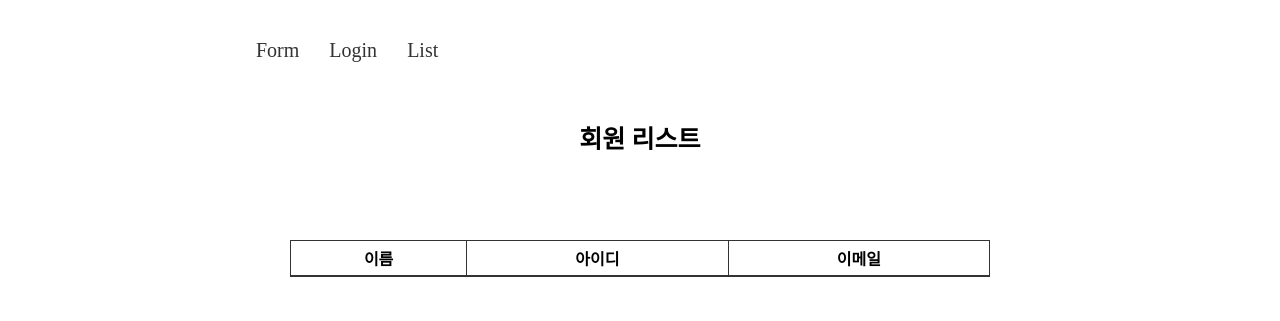
Repository: zeroj-0/eclipseProjects
Page: http://localhost/jv301/mod010/user_list.do
These files come from the project's save history. The page is drawn as it stood at one moment and after the next save; the edit follows.
The browser window is 1280 px wide. The pictures show the whole page.
The page is served by Tomcat 9. Other server files are loaded and not shown. Queries for data that is not in the repository find no rows.

Above is the page before, as saved 2022-07-07 06:53:13.

### jv301/src/main/webapp/mod010/user_list.jsp
<%@ page language="java" contentType="text/html; charset=UTF-8" pageEncoding="UTF-8"%>
<%@ taglib prefix="c" uri="http://java.sun.com/jsp/jstl/core" %>
<!DOCTYPE html>
<html>
<head>
<meta charset="UTF-8">
<title>Insert title here</title>
<link rel="stylesheet" href="./fixmethod.css">
<link rel="stylesheet" href="./style.css">
<style>
	table {
		border: 1px solid #333;
		width: 100%;
		margin: 0 auto;
		border-collapse: collapse;
	}
	table tr {
		height: 35px;
	}
	table td {
		border: 1px solid #333;
		width: 100px;
		text-align: center;
	}
	table th {
		border: 1px solid #333;
		border-bottom: 2px solid #333;
	}
</style>
</head>
<body>
<div id="wrapper">
	<div id="header">
		<%@ include file="/incl/menu.jsp" %>
	</div>
<h3 class="title">회원 리스트</h3>
	<div class="container">
				<table>
					<tr>
						<th>이름</th><th>아이디</th><th>이메일</th>
					</tr>
					<c:forEach var="user" items="${user}">
						<tr>
							<td>
								${user.getUserName()}
							</td>
							<td>
								${user.getUserId()}
							</td>
							<td>
								${user.getEmail()}
							</td>
						</tr>
					</c:forEach>
				</table>
	</div>
</div>
</body>
</html>

### jv301/src/main/webapp/incl/menu.jsp
<%@ page language="java" contentType="text/html; charset=UTF-8"  pageEncoding="UTF-8"%>

<div class="gnb">
	<ul>
		<li><a href="add_user.jsp">Form</a></li>
		<li><a href="login">Login</a></li>
		<li><a href="user_list.do">List</a></li>
	</ul>
</div>

### jv301/src/main/java/com/varxyz/jv301/mod010/UserListServlet.java
package com.varxyz.jv301.mod010;

import java.io.IOException;
import java.util.List;

import javax.servlet.RequestDispatcher;
import javax.servlet.ServletException;
import javax.servlet.annotation.WebServlet;
import javax.servlet.http.HttpServlet;
import javax.servlet.http.HttpServletRequest;
import javax.servlet.http.HttpServletResponse;

@WebServlet("/mod010/user_list.do")
public class UserListServlet extends HttpServlet {
	private UserService userService;
	private static final long serialVersionUID = 1L;

	protected void doGet(HttpServletRequest request, HttpServletResponse response) throws ServletException, IOException {
		userService = UserService.getInstance();
		List<User> userList = userService.getAllUsers();
		request.setAttribute("user", userList);

		RequestDispatcher dispatcher = null;
		dispatcher = request.getRequestDispatcher("user_list.jsp");
		dispatcher.forward(request, response);
	}

	protected void doPost(HttpServletRequest request, HttpServletResponse response) throws ServletException, IOException {
		request.setCharacterEncoding("utf-8");

		String userId = request.getParameter("userId");

		request.setAttribute("userId", userId);

		RequestDispatcher dispatcher = null;
		dispatcher = request.getRequestDispatcher("update.jsp");
		dispatcher.forward(request, response);
	}

}

### jv301/src/main/java/com/varxyz/jv301/mod010/UserDao.java
package com.varxyz.jv301.mod010;

import java.sql.Connection;
import java.sql.PreparedStatement;
import java.sql.ResultSet;
import java.sql.SQLException;
import java.util.ArrayList;
import java.util.List;

public class UserDao {
	DataSource dataSource = null;

	public UserDao() {
		NamingService namingService = NamingService.getInstance();
		dataSource = (DataSource)namingService.getAttribute("dataSource");
	}

	public List<User> findAllUsers() {
		String sql = "SELECT * FROM User";
		List<User> userList = new ArrayList<User>();
		try {
			Connection con = null;
			PreparedStatement pstmt = null;
			ResultSet rs = null;
			try {
				con = dataSource.getConnection();
				pstmt = con.prepareStatement(sql);
				rs = pstmt.executeQuery();

				while(rs.next()) {
					User user = new User();
					user.setUserId(rs.getString("id"));
					user.setUserName(rs.getString("name"));
					user.setEmail(rs.getString("email"));
					user.setAddr(rs.getString("addr"));

					userList.add(user);
				}
			} finally {
				dataSource.close(rs, pstmt, con);
			}
		} catch (SQLException e) {
			e.printStackTrace();
		}
		return userList;
	}

	public void addUser(User user) {
		String sql = "INSERT INTO User(id,passwd,name,email,addr,ssn) VALUES (?,?,?,?,?,?)";
		try {
			Connection con = null;
			PreparedStatement pstmt = null;

			con = dataSource.getConnection();
			pstmt = con.prepareStatement(sql);

			pstmt.setString(1, user.getUserId());
			pstmt.setString(2, user.getPasswd());
			pstmt.setString(3, user.getUserName());
			pstmt.setString(4, user.getEmail());
			pstmt.setString(5, user.getAddr());
			pstmt.setString(6, user.getSsn());

			pstmt.executeUpdate();
			dataSource.close(pstmt, con);
		} catch (Exception e) {
			e.printStackTrace();
		}
	}
	public String findUserId(String userId) {
		String sql = "SELECT id FROM User WHERE id=?";
		String id = null;
		try {
			Connection con = null;
			PreparedStatement pstmt = null;
			ResultSet rs = null;
			try {
				con = dataSource.getConnection();
				pstmt = con.prepareStatement(sql);
				pstmt.setString(1, userId);

				rs = pstmt.executeQuery();

				if(rs.next()) {
					id= rs.getString("id");
				}

			} finally {
				dataSource.close(rs,pstmt, con);
			}
		} catch(Exception e) {
			e.printStackTrace();
		}
		if(id==null) {
			id="";
		}
		return id;
	}

	public String findUserPasswd(String passwd) {
		String sql = "SELECT passwd FROM User WHERE passwd=?";
		String pw = null;
		try {
			Connection con = null;
			PreparedStatement pstmt = null;
			ResultSet rs = null;
			try {
				con = dataSource.getConnection();
				pstmt = con.prepareStatement(sql);
				pstmt.setString(1, passwd);
				rs = pstmt.executeQuery();

				if(rs.next()) {
					pw= rs.getString("passwd");
				}

			} finally {
				dataSource.close(rs,pstmt, con);
			}
		} catch(Exception e) {
			e.printStackTrace();
		}
		if(pw==null) {
			pw = "";
		}
		return pw;
	}
	public User findUserByUserId(String userId) {
		String sql = "SELECT id,passwd,name,email,addr,ssn FROM User WHERE id=?";
		User user = new User();
		try  {
			Connection con = null;
			PreparedStatement pstmt = null;
			ResultSet rs = null;
			try {
				con = dataSource.getConnection();
				pstmt = con.prepareStatement(sql);
				pstmt.setString(1, userId);
				rs = pstmt.executeQuery();

				while(rs.next()) {
					user.setUserId(rs.getString("id"));
					user.setUserId(rs.getString("passwd"));
					user.setUserName(rs.getString("name"));
					user.setSsn(rs.getString("ssn"));
					user.setEmail(rs.getString("email"));
					user.setAddr(rs.getString("addr"));
					user.setSsn(rs.getString("ssn"));
				}
			} finally {
				dataSource.close(rs, pstmt, con);
			}
		} catch(Exception e) {
			e.printStackTrace();
		}
		return user;
	}
}

### jv301/src/main/webapp/mod010/fixmethod.css
@charset "UTF-8";
* { box-sizing: border-box; margin: 0; padding: 0;}
ul, li {list-style: none;}
a {text-decoration: none; color: #333;}

.gnb {
  width: 100%;
  height: 70px;
  float: left;
  padding-left: 20%;
}
ul li {
  float: left;
  height: 100%;
  margin-left: 30px;
}
ul li:first-child {
  margin-left: 0;
}

a {
  line-height: 70px;
  font-size: 20px;
}
a:hover {
  color: #000;
  font-weight: 600;
}
#header {
	height: 100px;
	width: 100%;
	text-align: center;
	font-size: 20px;
	line-height: 100px;
}
#footer {
	margin-top: 100px;
	text-align: center;
}

### jv301/src/main/webapp/mod010/style.css
@charset "UTF-8";
* { box-sizing: border-box; margin: 0; padding: 0;}
ul, li {list-style: none;}
a {text-decoration: none; color: #333;}

.container {
  padding-top: 60px;
  display: flex;
  flex-wrap: wrap;
  height: 100%;
  width: 700px;
  margin: 0 auto;
}
form {
  width: 100%;
}
h3 {
  font-size: 25px;
  width: 100%;
}
.d {
  height: 50px;
  width: 100%;
  display: flex;
  justify-content: left;
  align-items: center;
  margin-top: 10px;
}
.d > input {
  height: 35px;
  line-height: 35px;
  padding-left: 5px;

}
select {
  height: 35px;
  width: 150px;
  font-size: 15px;
}
span.email {
  margin: 0 5px;
}
.checkbox-layout {
  height: 100px;
}
.inner-box {
  margin: 0;
  display: block;
  width: 100%;
  height: 100%;
}
.inner-box h2 {
  width: 100%;
}
.box {
  display: inline-block;
  width: 18%;
  position: relative;
  overflow: hidden;
}
.box label {
  position: absolute;
  top: 14px;
  left: 20px;
}
.box input {
  height: 50px;
}
span {
  font-size: 18px;
  font-weight: 400;
  color: #333;
}
.btn {
  justify-content: center;
  width: 80px;
  height: 40px;
  margin: 0 auto;
  background: #f9f9f9;
  border-radius: 12px;
  border: 1px solid #000;
  margin-top: 20px;
}
button {
	border-style: none;
}
button.btn-inner {
  border-style: none;
  height: 40px;
  width: 75px;
  font-size:20px;
  background: none;
  cursor: pointer;
}
.address1 {
	width: 250px;
	margin-right: 10px;
}

.title {
	width: 100%;
	text-align: center;
	height: 80px;
	line-height: 80px;
}

After the next save:
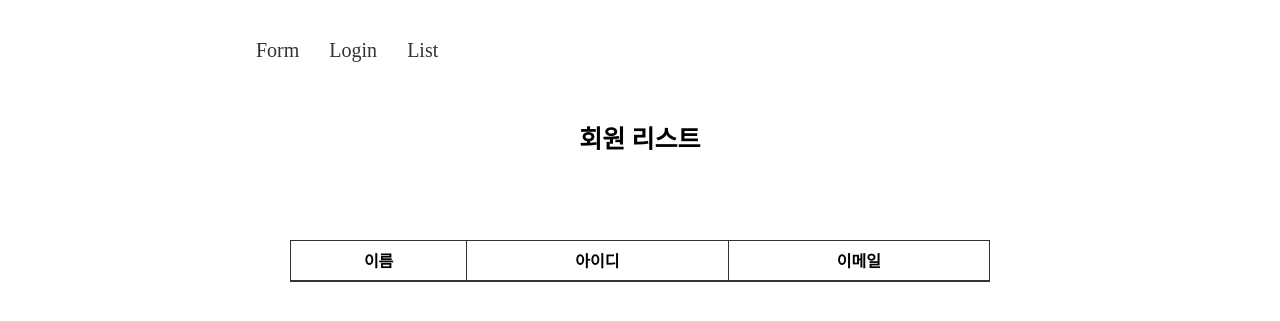
Saved 13 s later.
--- a/jv301/src/main/webapp/mod010/user_list.jsp
+++ b/jv301/src/main/webapp/mod010/user_list.jsp
@@ -15,7 +15,7 @@
 		border-collapse: collapse;
 	}
 	table tr {
-		height: 35px;
+		height: 40px;
 	}
 	table td {
 		border: 1px solid #333;
